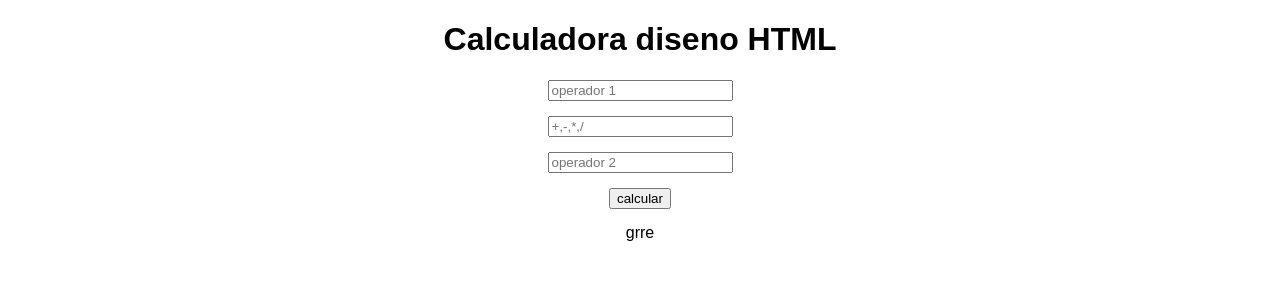
Repository: geraldine-ventura/Calculadora-JS
Page: indexcalcu.html
These files come from the project's save history. The page is drawn as it stood at one moment and after the next save; the edit follows.
The browser window is 1280 px wide. The pictures show the whole page.

Above is the page before, as saved 2022-12-13 21:00:00.

After the next save:
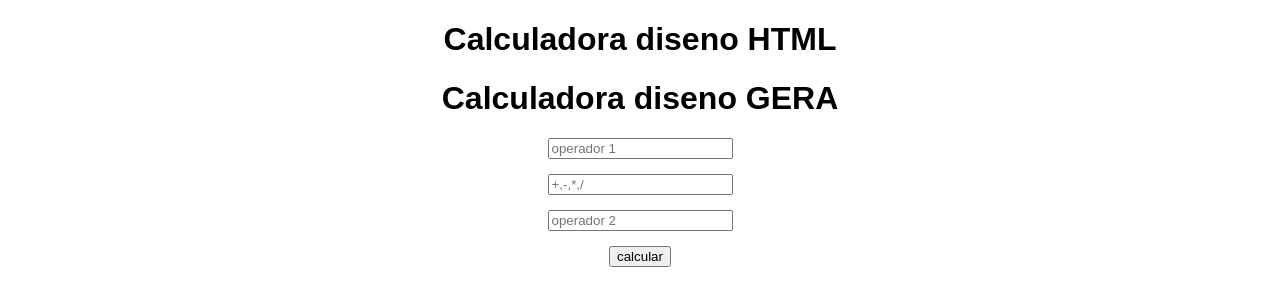
Saved 3 min 37 s later.
--- a/indexcalcu.html
+++ b/indexcalcu.html
@@ -20,13 +20,12 @@
 </head>
 <body>
     <h1>Calculadora diseno HTML</h1>
-
+    <h1>Calculadora diseno GERA</h1>
     <form action="" method="dialog">
       <input type="text" id="op1" placeholder="operador 1">
       <input type="text" id="operacion" placeholder="+,-,*,/">
       <input type="text"id="op2" placeholder="operador 2">
       <input type="submit" value="calcular" id="calcular">
-    grre
    </form>
 
        <p id="resultado"></p>
